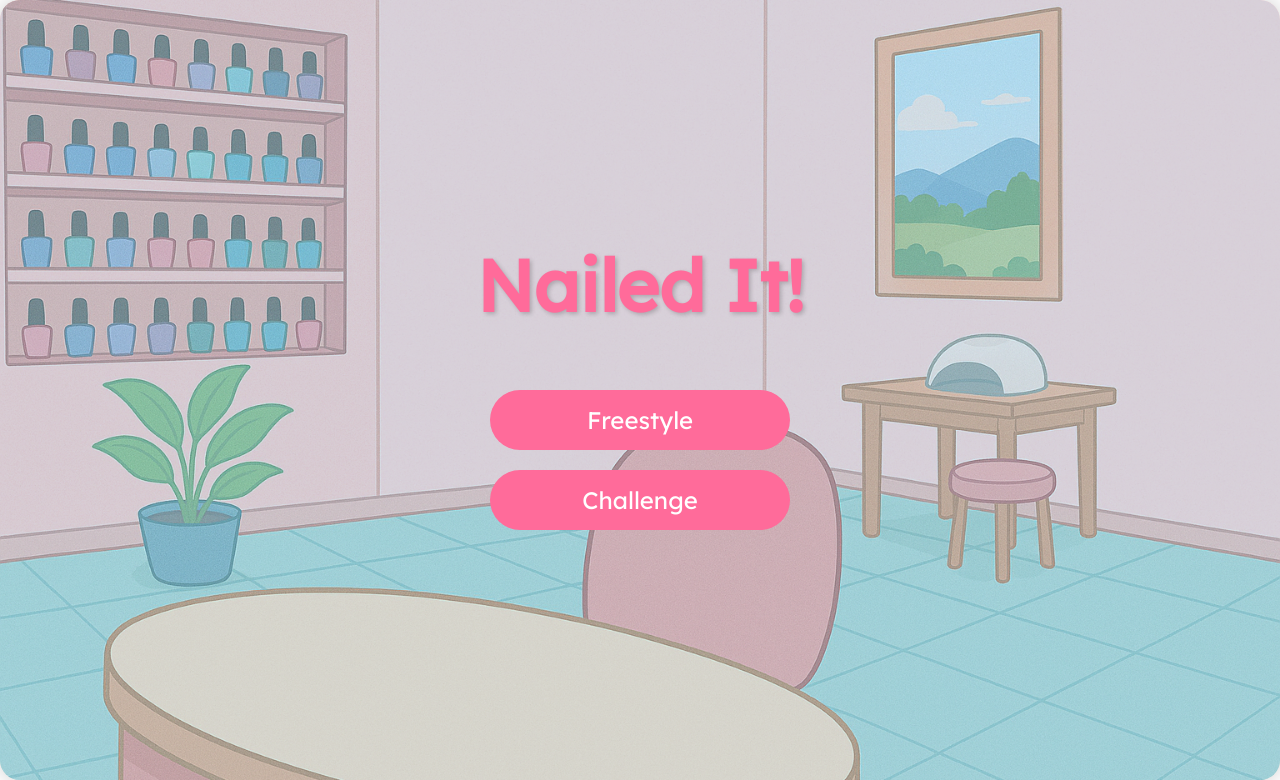
Repository: primcharlin/nailedit
Page: index.html
The author's editor kept a copy of each file at every save. The page is drawn from the files as they stood at one save, then again after the next save.
The browser window is 1280 px wide. The pictures show the whole page.

Above is the page before, as saved 2025-05-05 22:53:16.

### index.html
<!DOCTYPE html>
<html lang="en">
    <head>
        <meta charset="UTF-8" />
        <meta
            name="viewport"
            content="width=device-width, initial-scale=1.0" />
        <title>Nail Salon Game</title>
        <link
            rel="stylesheet"
            href="styles.css" />
        <link
            href="https://fonts.googleapis.com/css2?family=Lexend&display=swap"
            rel="stylesheet" />
    </head>
    <body>
        <div id="game-container">
            <!-- Main Menu -->
            <div
                id="main-menu"
                class="menu">
                <h1>Nailed It!</h1>
                <button id="freestyle-button">Freestyle</button>
                <button id="challenge-button">Challenge</button>
            </div>

            <div
                id="character-selection"
                class="menu"
                style="display: none">
                <h1>Choose Your Character</h1>
                <div class="character-grid">
                    <div
                        class="character-option"
                        data-character="1">
                        <img
                            src="img/Avatar1.png"
                            alt="Character 1" />
                        <p>Emma</p>
                    </div>
                    <div
                        class="character-option"
                        data-character="2">
                        <img
                            src="img/Avatar2.png"
                            alt="Character 2" />
                        <p>Sophia</p>
                    </div>
                    <div
                        class="character-option"
                        data-character="3">
                        <img
                            src="img/Avatar3.png"
                            alt="Character 3" />
                        <p>Olivia</p>
                    </div>
                </div>
                <button id="back-to-mode">Back</button>
            </div>

            <!-- Game Area -->
            <div
                id="game-area"
                class="game-area"
                style="display: none">
                <!-- Character Display -->
                <div id="character-display"></div>

                <!-- Tools Panel will be created dynamically -->
                <div id="tools-panel"></div>

                <div id="hand">
                    <div
                        class="nail"
                        id="nail-1"></div>
                    <div
                        class="nail"
                        id="nail-2"></div>
                    <div
                        class="nail"
                        id="nail-3"></div>
                    <div
                        class="nail"
                        id="nail-4"></div>
                    <div
                        class="nail"
                        id="nail-5"></div>
                </div>

                <!-- Challenge Mode UI -->
                <div id="challenge-ui">
                    <h2>Reference Design</h2>
                    <div id="reference-image">
                        <div
                            class="reference-nail"
                            id="ref-nail-1"></div>
                        <div
                            class="reference-nail"
                            id="ref-nail-2"></div>
                        <div
                            class="reference-nail"
                            id="ref-nail-3"></div>
                        <div
                            class="reference-nail"
                            id="ref-nail-4"></div>
                        <div
                            class="reference-nail"
                            id="ref-nail-5"></div>
                    </div>
                    <div id="timer">60</div>
                </div>

                <!-- Controls -->
                <div id="controls">
                    <button
                        class="control-button"
                        id="reset-button">
                        Reset
                    </button>
                    <button
                        class="control-button"
                        id="back-button">
                        Main Menu
                    </button>
                    <button
                        class="control-button"
                        id="done-button">
                        Done
                    </button>
                </div>
            </div>

            <!-- Result Modal -->
            <div id="result-modal">
                <h2 id="result-title">Challenge Complete!</h2>
                <p id="result-message">You scored 85% match. Great job!</p>
                <div id="result-buttons">
                    <button
                        class="control-button"
                        id="try-again-button">
                        Try Again
                    </button>
                    <button
                        class="control-button"
                        id="menu-button">
                        Main Menu
                    </button>
                </div>
            </div>
        </div>

        <script src="script.js"></script>
    </body>
</html>

### styles.css
* {
    margin: 0;
    padding: 0;
    box-sizing: border-box;
    font-family: "Lexend", sans-serif;
}

body {
    background-color: white;
    display: flex;
    justify-content: center;
    align-items: center;
    min-height: 100vh;
    overflow: hidden;
}

h1 {
    font-family: "Lexend", sans-serif;
}

#game-container {
    width: 1300px;
    height: 780px;
    position: relative;
    background-image: url("img/background.png");
    background-size: cover;
    background-position: center;
    box-shadow: 0 0 20px rgba(0, 0, 0, 0.2);
    overflow: hidden;
    border-radius: 20px;
}

/* Main Menu */
#main-menu {
    position: absolute;
    width: 100%;
    height: 100%;
    display: flex;
    flex-direction: column;
    justify-content: center;
    align-items: center;
    background-color: rgba(170, 225, 255, 0.456);
    z-index: 100;
}

#main-menu h1 {
    font-size: 72px;
    color: #ff6b9a;
    margin-bottom: 50px;
    text-shadow: 2px 2px 4px rgba(0, 0, 0, 0.2);
}

.logo {
    width: 400px;
    height: auto;
    margin-bottom: 50px;
    transition: transform 0.3s ease;
}

.logo:hover {
    transform: scale(1.1);
}

#main-menu button {
    background-color: #ff6b9a;
    color: white;
    border: none;
    padding: 15px 30px;
    margin: 10px;
    font-size: 24px;
    border-radius: 30px;
    cursor: pointer;
    transition: all 0.3s ease;
    width: 300px;
}

#main-menu button:hover {
    background-color: #ff4d85;
    transform: scale(1.05);
}

/* Character Selection */
#character-selection {
    position: absolute;
    width: 100%;
    height: 100%;
    display: flex;
    flex-direction: column;
    justify-content: center;
    align-items: center;
    background-color: rgba(255, 255, 255, 0.3);
    z-index: 100;
}

#character-selection h1 {
    font-size: 48px;
    color: #ff6b9a;
    margin-bottom: 30px;
    text-shadow: 2px 2px 4px rgba(0, 0, 0, 0.2);
}

/* Game Area */
#game-area {
    display: none;
    width: 100%;
    height: 100%;
    position: relative;
    padding: 20px;
    overflow: hidden;
}

/* Horizontal Tools Panel */
.horizontal-tools-panel {
    position: absolute;
    top: 50%;
    right: 20px;
    transform: translateY(-50%);
    width: 100px;
    background-color: white;
    border-radius: 20px;
    padding: 15px;
    box-shadow: 0 0 15px rgba(0, 0, 0, 0.1);
    z-index: 10;
    display: flex;
    flex-direction: column;
    gap: 15px;
}

.category-button {
    width: 70px;
    height: 70px;
    display: flex;
    flex-direction: column;
    align-items: center;
    justify-content: center;
    padding: 10px;
    border-radius: 15px;
    cursor: pointer;
    transition: all 0.2s ease;
    background-color: #fff;
}

.category-button:hover {
    background-color: #ffdee7;
}

.category-button.active {
    background-color: #ffb8cb;
}

.category-icon {
    width: 40px;
    height: 40px;
    margin-bottom: 5px;
    background-size: contain;
    background-repeat: no-repeat;
    background-position: center;
}

.category-name {
    font-size: 12px;
    text-align: center;
    color: #333;
}

.options-container {
    position: absolute;
    right: 140px; /* Position to the left of the tools panel */
    top: 50%;
    transform: translateY(-50%);
    display: none;
    flex-direction: column;
    gap: 10px;
    background-color: white;
    padding: 15px;
    border-radius: 20px;
    box-shadow: 0 0 15px rgba(0, 0, 0, 0.1);
    max-height: 80vh;
    overflow-y: auto;
}

.option-item {
    width: 60px;
    height: 60px;
    display: flex;
    align-items: center;
    justify-content: center;
    border-radius: 10px;
    cursor: pointer;
    transition: all 0.2s ease;
    background-color: #fff;
    padding: 5px;
}

.option-item:hover {
    transform: scale(1.1);
    background-color: #ffdee7;
}

.option-item.selected {
    border: 3px solid #ff6b9a;
    background-color: #ffdee7;
}

.option-icon {
    width: 50px;
    height: 50px;
    background-size: contain;
    background-repeat: no-repeat;
    background-position: center;
}

.color-preview {
    width: 35px;
    height: 35px;
    border-radius: 50%;
}

.deco-preview {
    width: 35px;
    height: 35px;
    background-size: contain;
    background-repeat: no-repeat;
    background-position: center;
}

/* Character Display */
#character-display {
    position: absolute;
    top: 0;
    left: 0;
    width: 100%;
    height: 100%;
    z-index: 0;
    display: flex;
    justify-content: center;
    align-items: center;
    pointer-events: none;
}

#character-display img {
    max-width: 60%;
    max-height: 60%;
    object-fit: contain;
    transform: none;
}

/* Hand area */
#hand {
    position: absolute;
    bottom: 80px;
    left: 50%;
    transform: translateX(-50%);
    width: 720px;
    height: 200px;
    background-color: #ffebe7;
    border-radius: 100px;
    display: flex;
    justify-content: space-around;
    align-items: center;
    padding: 0 40px;
    z-index: 5;
}

.nail {
    position: relative;
    width: 72px;
    height: 108px;
    background-color: #ffdee7;
    border-radius: 36px 36px 0 0;
    cursor: pointer;
    z-index: 5;
    transition: all 0.2s ease;
}

#nail-1,
#nail-2,
#nail-3,
#nail-4,
#nail-5 {
    position: relative;
    transform: none;
    bottom: 0;
    left: 0;
}

.nail:hover {
    transform: translateY(-10px);
}

/* Decoration classes */
.glitter-gold {
    background-image: radial-gradient(circle, #ffdc73 10%, transparent 10%),
        radial-gradient(circle, #ffdc73 10%, transparent 10%);
    background-color: gold;
    background-size: 10px 10px;
    background-position: 0 0, 5px 5px;
}
.glitter-silver {
    background-image: radial-gradient(circle, #ffffff 10%, transparent 10%),
        radial-gradient(circle, #ffffff 10%, transparent 10%);
    background-color: silver;
    background-size: 10px 10px;
    background-position: 0 0, 5px 5px;
}
.glitter-rainbow {
    background-image: linear-gradient(
        45deg,
        red,
        orange,
        yellow,
        green,
        blue,
        indigo,
        violet
    );
}
.glitter-blue {
    background-image: radial-gradient(circle, #ffffff 10%, transparent 10%),
        radial-gradient(circle, #ffffff 10%, transparent 10%);
    background-color: #00ffff;
    background-size: 10px 10px;
    background-position: 0 0, 5px 5px;
}
.glitter-pink {
    background-image: radial-gradient(circle, #ffffff 10%, transparent 10%),
        radial-gradient(circle, #ffffff 10%, transparent 10%);
    background-color: #ff69b4;
    background-size: 10px 10px;
    background-position: 0 0, 5px 5px;
}

.pattern-stripes {
    background-image: repeating-linear-gradient(
        45deg,
        transparent,
        transparent 10px,
        #ff6b9a 10px,
        #ff6b9a 20px
    );
}
.pattern-dots {
    background-image: radial-gradient(circle, #ff6b9a 20%, transparent 20%),
        radial-gradient(circle, #ff6b9a 20%, transparent 20%);
    background-size: 20px 20px;
    background-position: 0 0, 10px 10px;
}
.pattern-zigzag {
    background-image: linear-gradient(135deg, #ff6b9a 25%, transparent 25%) 0 0,
        linear-gradient(225deg, #ff6b9a 25%, transparent 25%) 0 0,
        linear-gradient(315deg, #ff6b9a 25%, transparent 25%) 0 0,
        linear-gradient(45deg, #ff6b9a 25%, transparent 25%) 0 0;
    background-size: 20px 20px;
}
.pattern-leopard {
    background-image: radial-gradient(
        ellipse,
        #000000 0%,
        #000000 30%,
        transparent 30%
    );
    background-size: 30px 30px;
    background-repeat: repeat;
}
.pattern-marble {
    background-image: linear-gradient(
            to right,
            rgba(255, 255, 255, 0.1),
            rgba(255, 255, 255, 0.5)
        ),
        linear-gradient(120deg, rgba(0, 0, 0, 0.1), rgba(0, 0, 0, 0.3));
}

.sticker-heart:after {
    content: "❤";
    font-size: 40px;
    color: red;
    display: flex;
    justify-content: center;
    align-items: center;
    height: 100%;
}
.sticker-star:after {
    content: "★";
    font-size: 40px;
    color: gold;
    display: flex;
    justify-content: center;
    align-items: center;
    height: 100%;
}
.sticker-flower:after {
    content: "✿";
    font-size: 40px;
    color: #ff6b9a;
    display: flex;
    justify-content: center;
    align-items: center;
    height: 100%;
}
.sticker-butterfly:after {
    content: "🦋";
    font-size: 40px;
    display: flex;
    justify-content: center;
    align-items: center;
    height: 100%;
}
.sticker-diamond:after {
    content: "💎";
    font-size: 40px;
    display: flex;
    justify-content: center;
    align-items: center;
    height: 100%;
}

.gem-round:after {
    content: "";
    position: absolute;
    top: 50%;
    left: 50%;
    transform: translate(-50%, -50%);
    width: 20px;
    height: 20px;
    background-color: #00ffff;
    border-radius: 50%;
    box-shadow: 0 0 5px #00ffff, 0 0 10px #00ffff;
}
.gem-square:after {
    content: "";
    position: absolute;
    top: 50%;
    left: 50%;
    transform: translate(-50%, -50%);
    width: 20px;
    height: 20px;
    background-color: #ff00ff;
    box-shadow: 0 0 5px #ff00ff, 0 0 10px #ff00ff;
}
.gem-teardrop:after {
    content: "";
    position: absolute;
    top: 50%;
    left: 50%;
    transform: translate(-50%, -50%) rotate(45deg);
    width: 15px;
    height: 25px;
    background-color: #4169e1;
    border-radius: 50% 50% 50% 0;
    box-shadow: 0 0 5px #4169e1, 0 0 10px #4169e1;
}
.gem-heart:after {
    content: "❤";
    font-size: 25px;
    color: #ff0000;
    display: flex;
    justify-content: center;
    align-items: center;
    height: 100%;
    text-shadow: 0 0 5px #ff0000, 0 0 10px #ff0000;
}
.gem-star:after {
    content: "★";
    font-size: 25px;
    color: #ffd700;
    display: flex;
    justify-content: center;
    align-items: center;
    height: 100%;
    text-shadow: 0 0 5px #ffd700, 0 0 10px #ffd700;
}

/* Challenge Mode UI */
#challenge-ui {
    display: none;
    position: absolute;
    top: 50%;
    left: 20px;
    transform: translateY(-50%);
    width: 240px;
    background-color: white;
    border-radius: 20px;
    padding: 20px;
    box-shadow: 0 0 15px rgba(0, 0, 0, 0.1);
    z-index: 10;
}

#reference-image {
    width: 100%;
    height: 180px;
    background-color: #ffdee7;
    margin-bottom: 20px;
    border: 1px solid #ddd;
    border-radius: 10px;
    display: flex;
    justify-content: center;
    align-items: center;
    gap: 10px;
}

#timer {
    font-size: 32px;
    text-align: center;
    margin-bottom: 20px;
    color: #ff6b9a;
}

/* UI Controls */
#controls {
    position: absolute;
    bottom: 24px;
    left: 50%;
    transform: translateX(-50%);
    display: flex;
    gap: 24px;
    z-index: 10;
}

.control-button {
    background-color: #ff6b9a;
    color: white;
    border: none;
    padding: 12px 24px;
    font-size: 21.6px;
    border-radius: 24px;
    cursor: pointer;
    transition: all 0.3s ease;
}

.control-button:hover {
    background-color: #ff4d85;
}

/* Modal for results */
#result-modal {
    display: none;
    position: absolute;
    top: 50%;
    left: 50%;
    transform: translate(-50%, -50%);
    width: 400px;
    background-color: white;
    border-radius: 20px;
    padding: 30px;
    box-shadow: 0 0 30px rgba(0, 0, 0, 0.3);
    text-align: center;
    z-index: 200;
}

#result-title {
    font-size: 36px;
    margin-bottom: 20px;
    color: #ff6b9a;
}

#result-message {
    font-size: 20px;
    margin-bottom: 30px;
}

#result-buttons {
    display: flex;
    justify-content: center;
    gap: 20px;
}

/* Reference nails for challenge mode */
.reference-nail {
    width: 25px;
    height: 38px;
    background-color: #ffdee7;
    border-radius: 12px 12px 0 0;
    display: inline-block;
}

.character-grid {
    display: grid;
    grid-template-columns: repeat(3, 1fr);
    gap: 30px;
    margin: 30px 0;
}

.character-option {
    display: flex;
    flex-direction: column;
    align-items: center;
    padding: 20px;
    border: 2px solid #ff6b9a;
    border-radius: 15px;
    cursor: pointer;
    transition: transform 0.2s, box-shadow 0.2s;
    background-color: rgba(255, 255, 255, 0.8);
}

.character-option:hover {
    transform: scale(1.05);
    box-shadow: 0 0 15px rgba(255, 107, 154, 0.3);
}

.character-option img {
    width: 150px;
    height: 150px;
    object-fit: cover;
    border-radius: 15px;
    margin-bottom: 15px;
    border: solid 2px #ff6b9a;
}

.character-option p {
    margin: 0;
    font-size: 1.5em;
    color: #333;
}

#back-to-mode {
    margin-top: 20px;
    padding: 10px 20px;
    background-color: #ff6b9a;
    color: white;
    border: none;
    border-radius: 5px;
    cursor: pointer;
    font-size: 1em;
    transition: background-color 0.2s;
}

#back-to-mode:hover {
    background-color: #ff4d8a;
}

Loaded but not shown: script.js (709 lines, source omitted)

After the next save:
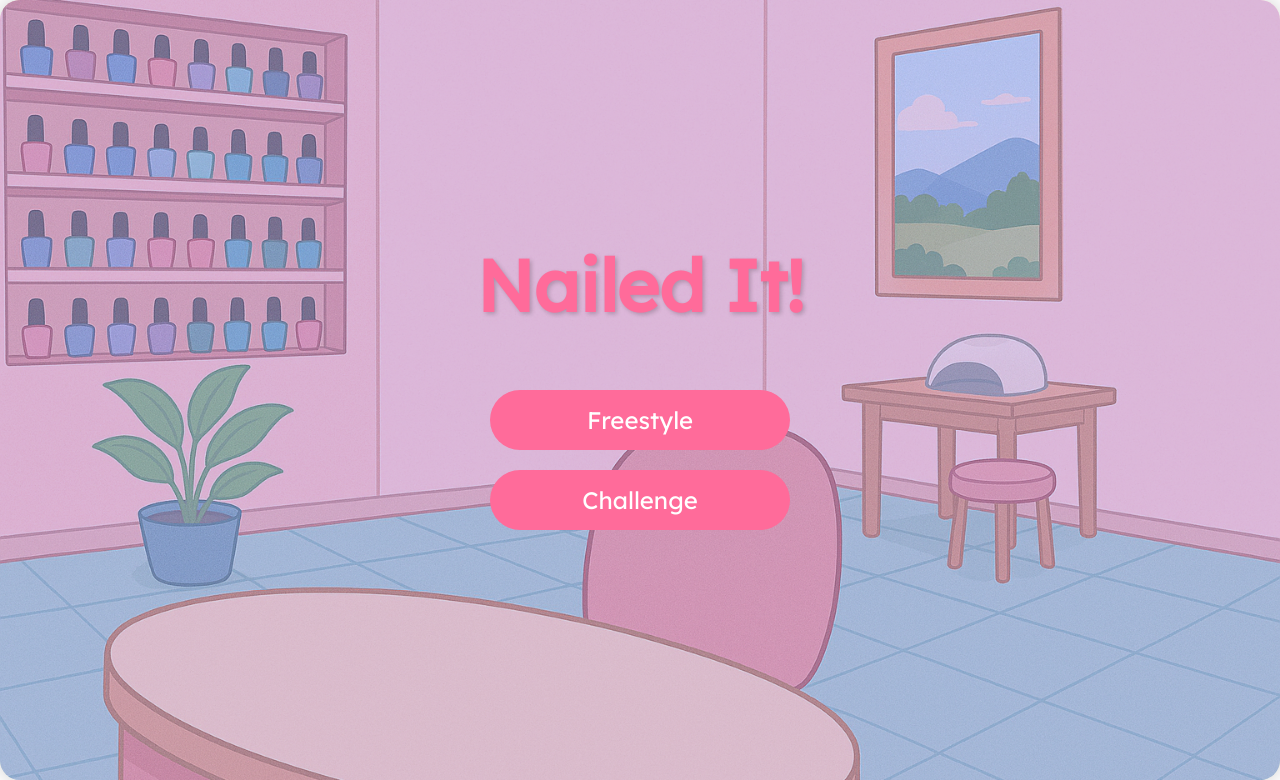
Saved 9 s later.
--- a/styles.css
+++ b/styles.css
@@ -39,7 +39,7 @@ h1 {
     flex-direction: column;
     justify-content: center;
     align-items: center;
-    background-color: rgba(170, 225, 255, 0.456);
+    background-color: rgba(179, 170, 255, 0.456);
     z-index: 100;
 }
 
